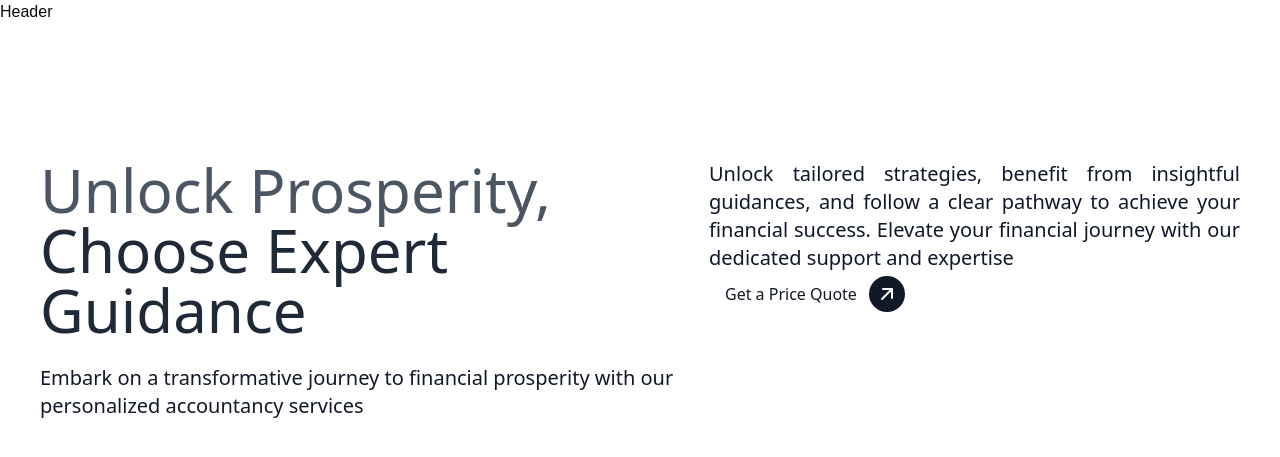
Repository: vespersolutionspk18/integrast-website
Page: /
The author's editor kept a copy of each file at every save. The page is drawn from the files as they stood at one save, then again after the next save.
The browser window is 1280 px wide. The pictures show the whole page.
The project was rebuilt for these pictures with package versions that can differ from the ones it lists, and the page was loaded fresh each time. The framework's server and built-in components were replaced by stand-ins that run in the browser. Also part of the build but not shown: next.config.ts.

Above is the page before, as saved 2024-12-09 14:51:52.

After the next save:
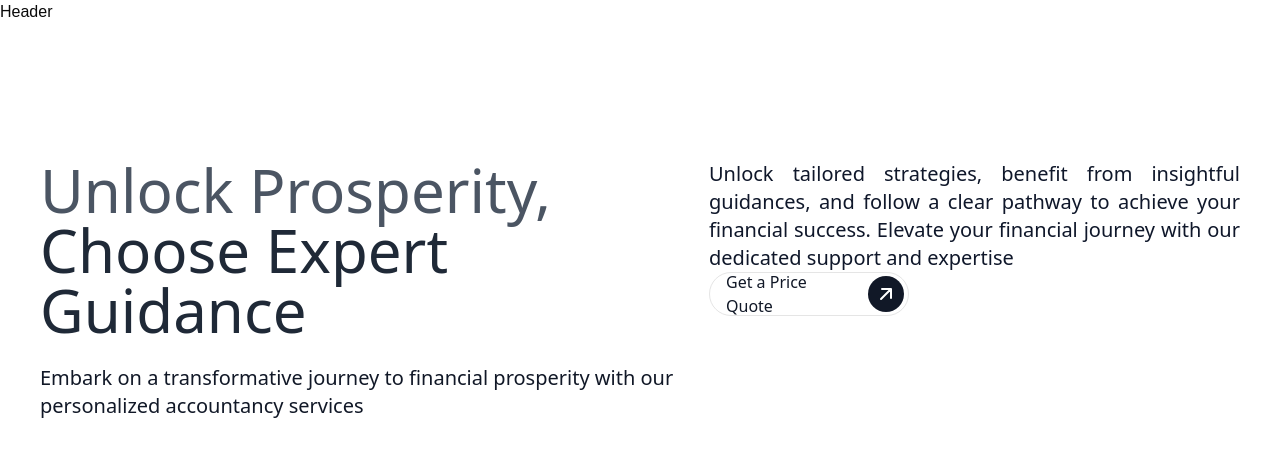
Saved 12 s later.
--- a/app/Hero.tsx
+++ b/app/Hero.tsx
@@ -12,7 +12,7 @@ const Hero = () => {
                 <h4 className="text-xl text-justify font-sans text-slate-900">Unlock tailored strategies, benefit from insightful guidances, and follow a clear pathway to achieve your financial success. Elevate your financial journey with our dedicated support and expertise</h4>
                 <div className="flex flex-row gap-5">
                 <div id="button"
-  className="group  bg-white h-[44px] flex-row  text-gray-900 text-[16px] py-1 px-1 font-light rounded-full hidden md:flex items-center justify-between w-[200px] transition-width duration-500 ease-in-out  hover:w-[225px] "
+  className="group  bg-white h-[44px] flex-row border-[1px] text-gray-900 text-[16px] py-1 px-1 font-light rounded-full hidden md:flex items-center justify-between w-[200px] transition-width duration-500 ease-in-out  hover:w-[225px] "
 
 >
   <div className="mx-3 font-sans font-regular">Get a Price Quote</div>
